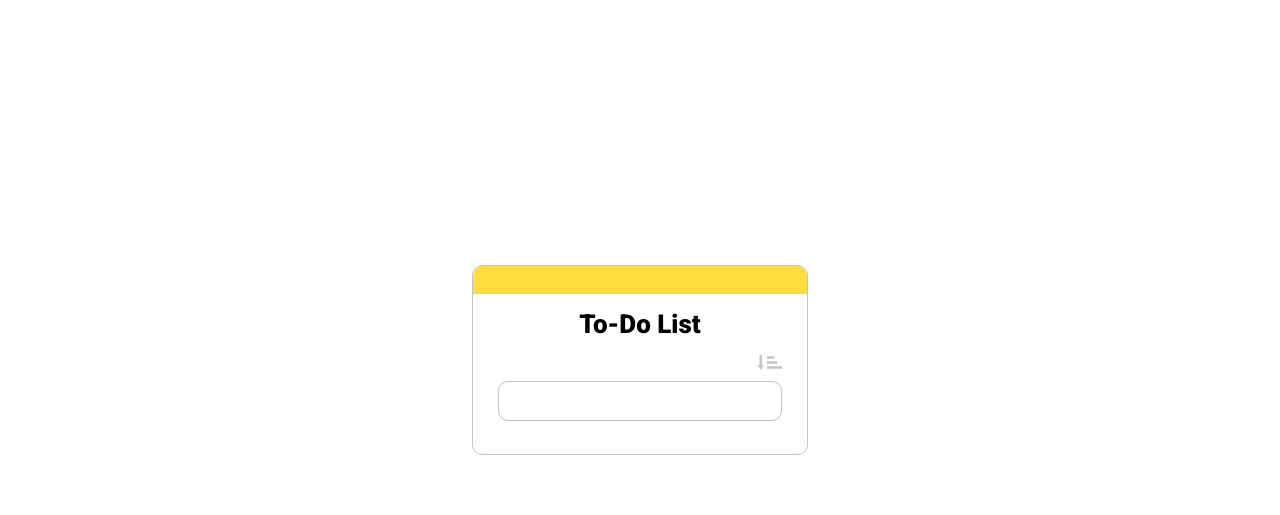
Repository: PoladEziz/Task-15
Page: index.html
The author's editor kept a copy of each file at every save. The page is drawn from the files as they stood at one save, then again after the next save.
The browser window is 1280 px wide. The pictures show the whole page.
The style sheet was rebuilt from its Sass, Less or Tailwind sources for each picture, by a compiler version that may differ from the author's.

Above is the page before, as saved 2023-08-10 15:39:47.

After the next save:
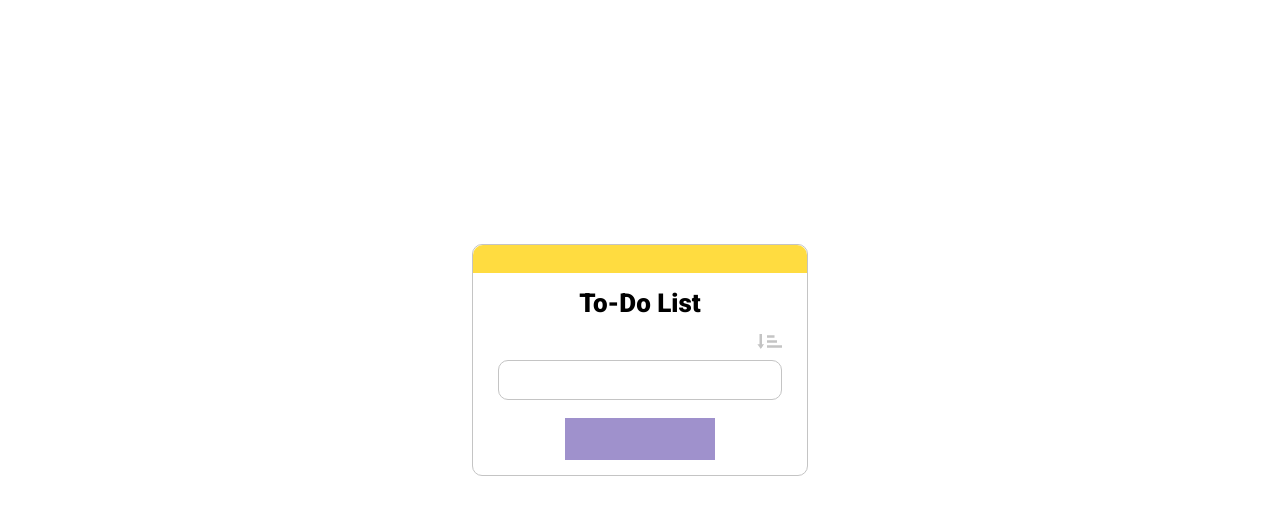
Saved 7 s later.
--- a/index.html
+++ b/index.html
@@ -16,6 +16,9 @@
                     <img src="./img/Group 38 (1).png" alt="">
                     <input type="text">
                     <!-- <button><div>+</div><p>Добавить</p></button> -->
+                    <button class="add-btn">
+
+                    </button>
                 </form>
 
             </div>
